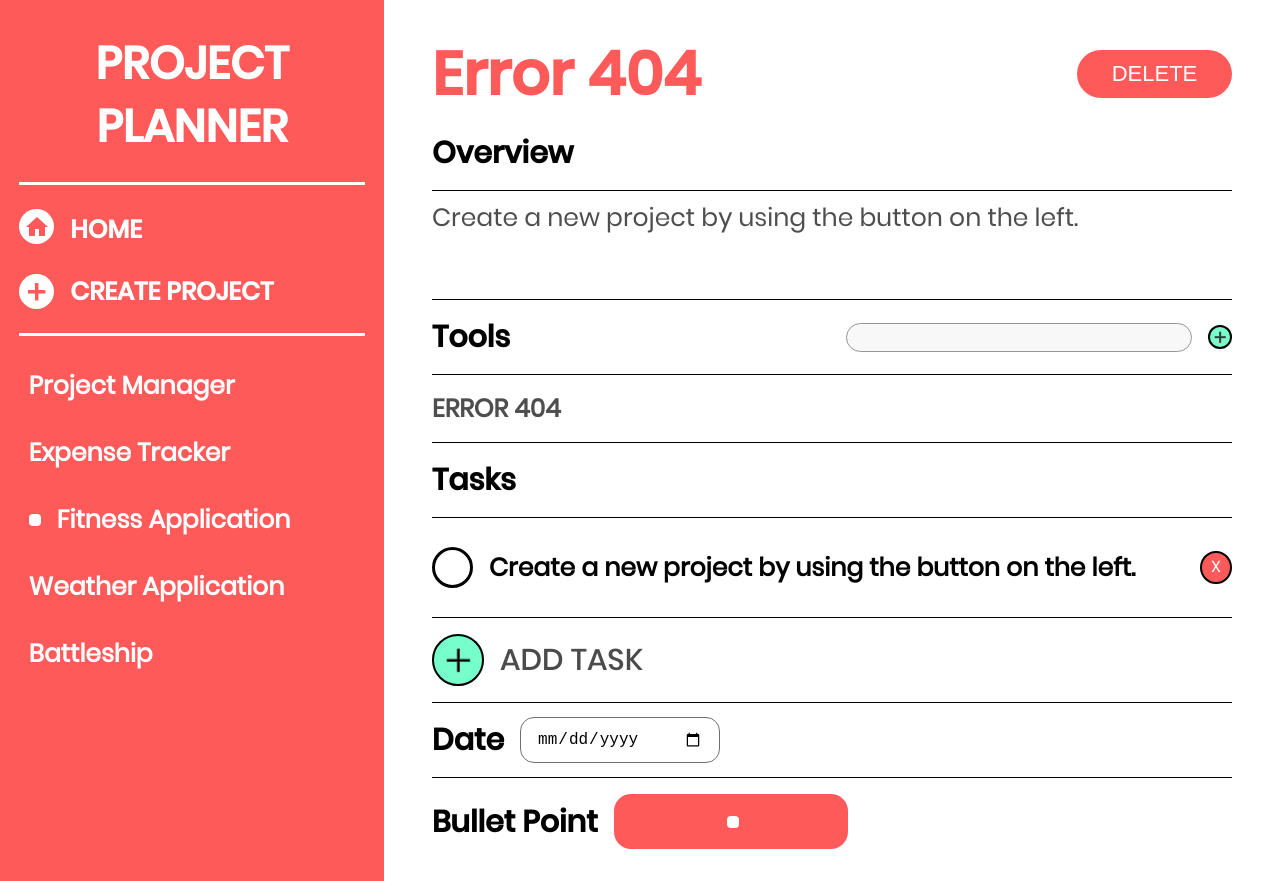
Repository: AzharMoosa/project-manager
Page: /project
The author's editor kept a copy of each file at every save. The page is drawn from the files as they stood at one save, then again after the next save.
The browser window is 1280 px wide. The pictures show the whole page.
The project was rebuilt for these pictures with package versions that can differ from the ones it lists, and the page was loaded fresh each time. A package was used in the major version that the imports need, not the one package.json lists. Also part of the build but not shown: src/components/home/ProgressBar.js, src/components/home/ProjectProgress.js, src/components/home/Home.js.

Above is the page before, as saved 2020-06-25 14:09:18.

After the next save:
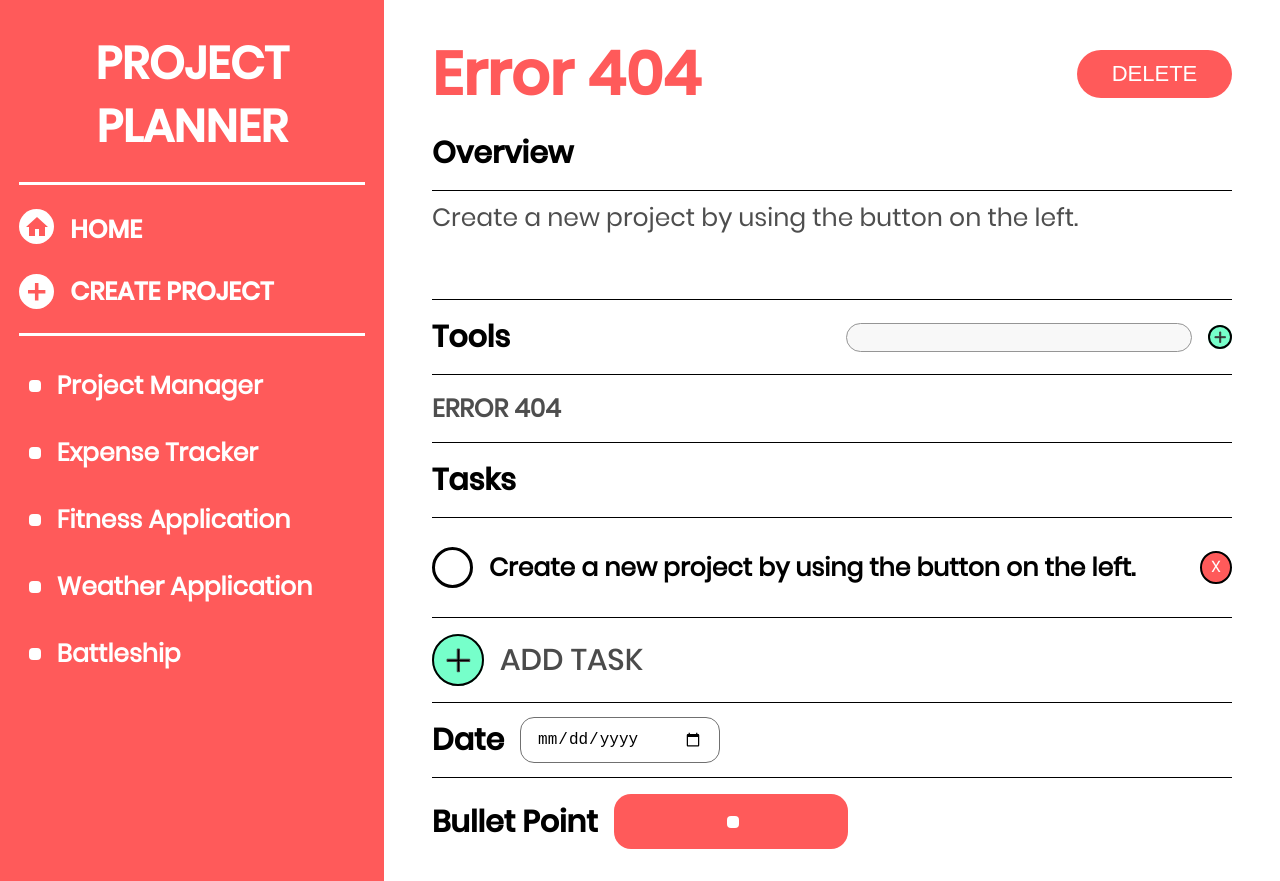
Saved 11 s later.
--- a/src/components/project-list/ProjectSide.js
+++ b/src/components/project-list/ProjectSide.js
@@ -23,7 +23,7 @@ const Project = ({ name, color, project }) => {
 
   return (
     <Link to='/project' style={{ textDecoration: "none", color: "#fff" }}>
-      <div className={`project-side ${color}`}>
+      <div className={`project-side white`}>
         <h3
           onClick={() => {
             updateProjects();
